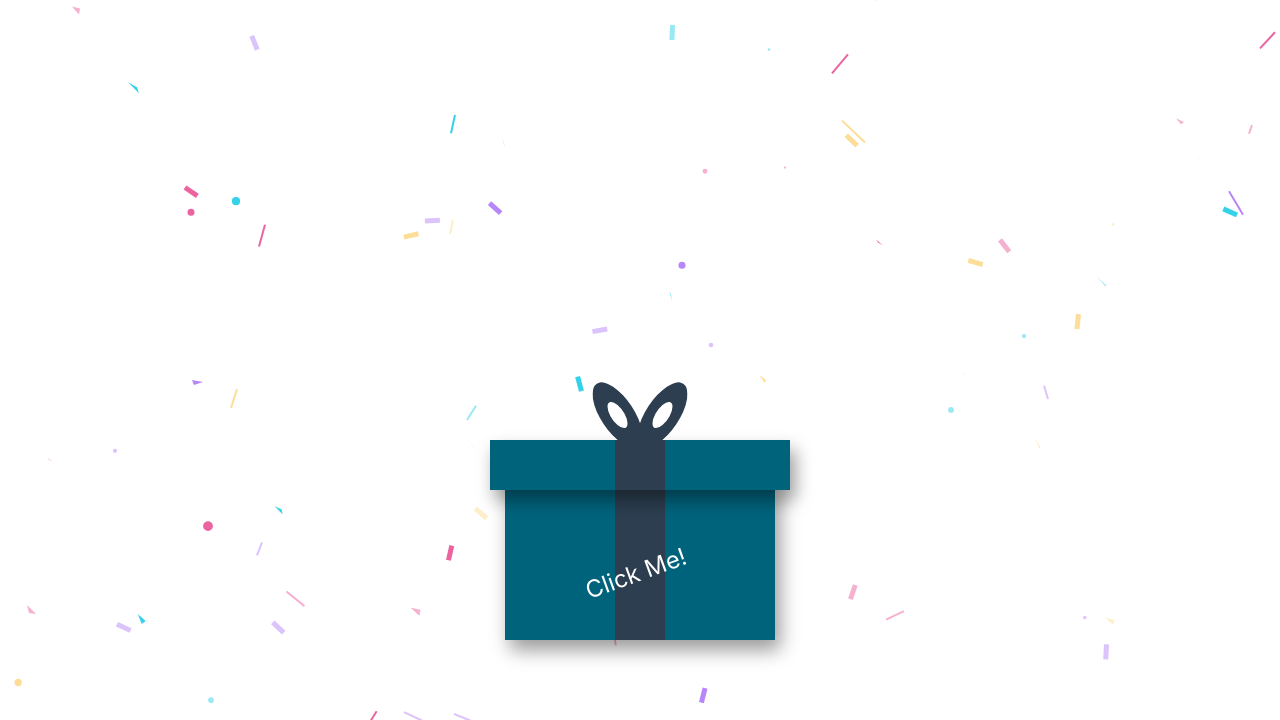
Repository: trongnghia161001/birth_day
Page: index.html
The author's editor kept a copy of each file at every save. The page is drawn from the files as they stood at one save, then again after the next save.
The browser window is 1280 px wide. The pictures show the whole page.
The pointer rests on the first visible `.giftbox > div`.

Above is the page before, as saved 2022-11-14 21:51:59.

### index.html
<!DOCTYPE html>
<html>

<head>
  <meta charset="utf-8" />
  <meta name="viewport" content="width=device-width" />
  <title>Happy Birthday!</title>

  <link rel="stylesheet" href="styles/flexbox-center-container.css" media="all">
  <link rel="stylesheet" href="styles/system-fonts.css" media="all">
  <link rel="stylesheet" href="styles/style.css" media="all">
</head>

<body>
  <canvas id=c></canvas>
  <canvas id="confetti"></canvas>
  <div class="container" id="count">
    <h1 id="head">Countdown to your birthday:</h1>
    <ul>
      <li><span id="day"></span>days</li>
      <li><span id="hour"></span>hours</li>
      <li><span id="minute"></span>minutes</li>
      <li><span id="second"></span>seconds</li>
    </ul>
  </div>
  <div id="merrywrap" class="merrywrap">
    <canvas id="snowfall"></canvas>
    <div class="giftbox">
      <div class="cover">
        <div></div>
      </div>
      <div class="box"></div>
    </div>
</body>
<script src="scripts/confetti.min.js" charset="utf-8"></script>
<script src="scripts/index.js" charset="utf-8"></script>

</html>

### styles/style.css
* {
  box-sizing: border-box;
  margin: 0;
  padding: 0;
}
canvas {
  position: absolute;
  top: 0;
  left: 0;
}
body {
  background: #ffffff;
  overflow: hidden;
}
.container {
  color: rgba(55, 59, 65, 0.8);
  font-family: Helvetica, sans-serif;
  font-weight: lighter;
  text-align: center;
}

h1 {
  font-weight: normal;
}
li {
  display: inline-block;
  font-size: 1.5em;
  list-style-type: none;
  padding: 1em;
  text-transform: uppercase;
}
li span {
  display: block;
  font-size: 4.5rem;
}
.merrywrap {
  position: absolute;
  right: 40px;
  left: 40px;
  bottom: 80px;
  top: 40px;
}
.giftbox {
  position: absolute;
  width: 300px;
  height: 200px;
  left: 50%;
  margin-left: -150px;
  bottom: 0;
  z-index: 10;
}
.giftbox > div {
  background: rgb(0, 99, 124);
  position: absolute;
  box-shadow: 5px 10px 18px rgba(0, 0, 0, 0.4);
}
.giftbox > div:after, .giftbox > div:before {
  position: absolute;
  content: "";
  top: 0;
}
.giftbox:after {
  position: absolute;
  color: #fff;
  width: 100%;
  content: "Click Me!";
  left: 0;
  bottom: 0;
  font-size: 24px;
  text-align: center;
  transform: rotate(-20deg);
  transform-origin: 0 0;
}
.giftbox .cover {
  width: 100%;
  top: 0;
  left: 0;
  height: 25%;
  z-index: 2;
}
.giftbox .cover:before {
  position: absolute;
  height: 100%;
  left: 50%;
  width: 50px;
  transform: translateX(-50%);
  background: #2C3E50;
}
.giftbox .cover > div {
  position: absolute;
  width: 50px;
  height: 50px;
  left: 50%;
  top: -50px;
  transform: translateX(-50%);
}
.giftbox .cover > div:before, .giftbox .cover > div:after {
  position: absolute;
  left: 0;
  top: 0;
  width: 100%;
  height: 100%;
  content: "";
  box-shadow: inset 0 0 0 15px #2C3E50;
  border-radius: 30px;
  transform-origin: 50% 100%;
}
.giftbox .cover > div:before {
  transform: translateX(-45%) skewY(40deg);
}
.giftbox .cover > div:after {
  transform: translateX(45%) skewY(-40deg);
}
.giftbox .box {
  right: 5%;
  left: 5%;
  height: 80%;
  bottom: 0;
}
.giftbox .box:before {
  width: 50px;
  height: 100%;
  left: 50%;
  transform: translateX(-50%);
  background: #2C3E50;
}
.giftbox .box:after {
  width: 100%;
  height: 30px;
  background: rgba(0, 0, 0, 0);
}
.step-1 .giftbox {
  animation: wobble 0.5s linear infinite forwards;
}
.step-1 .cover {
  animation: wobble 0.5s linear infinite 5s forwards;
}
.step-1 .icons .row span {
  opacity: 1;
}
.step-2 .giftbox:after {
  opacity: 0;
}
.step-3 .giftbox, .step-4 .giftbox {
  opacity: 0;
  z-index: 1;
}
.step-3 .giftbox:after, .step-4 .giftbox:after {
  opacity: 0;
}
.step-2 .giftbox .cover {
  animation: flyUp 2s ease-in forwards;
}
.step-2 .giftbox .box {
  animation: flyDown 2s ease-in 0.05s forwards;
}
@keyframes wobble {
  25% {
      transform: rotate(4deg);
 }
  75% {
      transform: rotate(-2deg);
 }
}
@keyframes flyUp {
  75% {
      opacity: 1;
 }
  100% {
      transform: translateY(-1000px) rotate(20deg);
      opacity: 0;
 }
}
@keyframes flyDown {
  75% {
      opacity: 1;
 }
  100% {
      transform: translateY(100%);
      opacity: 0;
 }
}

### scripts/index.js
const count = document.getElementById('count');
const head = document.getElementById('head');
const giftbox = document.getElementById('merrywrap');
const canvasC = document.getElementById('c');

const config = {
  birthdate: 'Jan 29, 2020',
  name: 'Darlene'
};

function hideEverything() {
  head.style.display = 'none';
  count.style.display = 'none';
  giftbox.style.display = 'none';
  canvasC.style.display = 'none';
}

hideEverything();

const confettiSettings = { target: 'confetti' };
const confetti = new window.ConfettiGenerator(confettiSettings);
confetti.render();

const second = 1000,
  minute = second * 60,
  hour = minute * 60,
  day = hour * 24;

let countDown = new Date(`${config.birthdate} 00:00:00`).getTime();
x = setInterval(function() {
  let now = new Date().getTime(),
    distance = countDown - now;

  document.getElementById('day').innerText = Math.floor(distance / day);
  document.getElementById('hour').innerText = Math.floor(
    (distance % day) / hour
  );
  document.getElementById('minute').innerText = Math.floor(
    (distance % hour) / minute
  );
  document.getElementById('second').innerText = Math.floor(
    (distance % minute) / second
  );

  let w = (c.width = window.innerWidth),
    h = (c.height = window.innerHeight),
    ctx = c.getContext('2d'),
    hw = w / 2, // half-width
    hh = h / 2,
    opts = {
      strings: ['HAPPY', 'BIRTHDAY!', config.name],
      charSize: 30,
      charSpacing: 35,
      lineHeight: 40,

      cx: w / 2,
      cy: h / 2,

      fireworkPrevPoints: 10,
      fireworkBaseLineWidth: 5,
      fireworkAddedLineWidth: 8,
      fireworkSpawnTime: 200,
      fireworkBaseReachTime: 30,
      fireworkAddedReachTime: 30,
      fireworkCircleBaseSize: 20,
      fireworkCircleAddedSize: 10,
      fireworkCircleBaseTime: 30,
      fireworkCircleAddedTime: 30,
      fireworkCircleFadeBaseTime: 10,
      fireworkCircleFadeAddedTime: 5,
      fireworkBaseShards: 5,
      fireworkAddedShards: 5,
      fireworkShardPrevPoints: 3,
      fireworkShardBaseVel: 4,
      fireworkShardAddedVel: 2,
      fireworkShardBaseSize: 3,
      fireworkShardAddedSize: 3,
      gravity: 0.1,
      upFlow: -0.1,
      letterContemplatingWaitTime: 360,
      balloonSpawnTime: 20,
      balloonBaseInflateTime: 10,
      balloonAddedInflateTime: 10,
      balloonBaseSize: 20,
      balloonAddedSize: 20,
      balloonBaseVel: 0.4,
      balloonAddedVel: 0.4,
      balloonBaseRadian: -(Math.PI / 2 - 0.5),
      balloonAddedRadian: -1
    },
    calc = {
      totalWidth:
        opts.charSpacing *
        Math.max(opts.strings[0].length, opts.strings[1].length)
    },
    Tau = Math.PI * 2,
    TauQuarter = Tau / 4,
    letters = [];

  ctx.font = opts.charSize + 'px Verdana';

  function Letter(char, x, y) {
    this.char = char;
    this.x = x;
    this.y = y;

    this.dx = -ctx.measureText(char).width / 2;
    this.dy = +opts.charSize / 2;

    this.fireworkDy = this.y - hh;

    let hue = (x / calc.totalWidth) * 360;

    this.color = 'hsl(hue,80%,50%)'.replace('hue', hue);
    this.lightAlphaColor = 'hsla(hue,80%,light%,alp)'.replace('hue', hue);
    this.lightColor = 'hsl(hue,80%,light%)'.replace('hue', hue);
    this.alphaColor = 'hsla(hue,80%,50%,alp)'.replace('hue', hue);

    this.reset();
  }
  Letter.prototype.reset = function() {
    this.phase = 'firework';
    this.tick = 0;
    this.spawned = false;
    this.spawningTime = (opts.fireworkSpawnTime * Math.random()) | 0;
    this.reachTime =
      (opts.fireworkBaseReachTime +
        opts.fireworkAddedReachTime * Math.random()) |
      0;
    this.lineWidth =
      opts.fireworkBaseLineWidth + opts.fireworkAddedLineWidth * Math.random();
    this.prevPoints = [[0, hh, 0]];
  };
  Letter.prototype.step = function() {
    if (this.phase === 'firework') {
      if (!this.spawned) {
        ++this.tick;
        if (this.tick >= this.spawningTime) {
          this.tick = 0;
          this.spawned = true;
        }
      } else {
        ++this.tick;

        let linearProportion = this.tick / this.reachTime,
          armonicProportion = Math.sin(linearProportion * TauQuarter),
          x = linearProportion * this.x,
          y = hh + armonicProportion * this.fireworkDy;

        if (this.prevPoints.length > opts.fireworkPrevPoints)
          this.prevPoints.shift();

        this.prevPoints.push([x, y, linearProportion * this.lineWidth]);

        let lineWidthProportion = 1 / (this.prevPoints.length - 1);

        for (let i = 1; i < this.prevPoints.length; ++i) {
          let point = this.prevPoints[i],
            point2 = this.prevPoints[i - 1];

          ctx.strokeStyle = this.alphaColor.replace(
            'alp',
            i / this.prevPoints.length
          );
          ctx.lineWidth = point[2] * lineWidthProportion * i;
          ctx.beginPath();
          ctx.moveTo(point[0], point[1]);
          ctx.lineTo(point2[0], point2[1]);
          ctx.stroke();
        }

        if (this.tick >= this.reachTime) {
          this.phase = 'contemplate';

          this.circleFinalSize =
            opts.fireworkCircleBaseSize +
            opts.fireworkCircleAddedSize * Math.random();
          this.circleCompleteTime =
            (opts.fireworkCircleBaseTime +
              opts.fireworkCircleAddedTime * Math.random()) |
            0;
          this.circleCreating = true;
          this.circleFading = false;

          this.circleFadeTime =
            (opts.fireworkCircleFadeBaseTime +
              opts.fireworkCircleFadeAddedTime * Math.random()) |
            0;
          this.tick = 0;
          this.tick2 = 0;

          this.shards = [];

          let shardCount =
              (opts.fireworkBaseShards +
                opts.fireworkAddedShards * Math.random()) |
              0,
            angle = Tau / shardCount,
            cos = Math.cos(angle),
            sin = Math.sin(angle),
            x = 1,
            y = 0;

          for (let i = 0; i < shardCount; ++i) {
            let x1 = x;
            x = x * cos - y * sin;
            y = y * cos + x1 * sin;

            this.shards.push(new Shard(this.x, this.y, x, y, this.alphaColor));
          }
        }
      }
    } else if (this.phase === 'contemplate') {
      ++this.tick;

      if (this.circleCreating) {
        ++this.tick2;
        let proportion = this.tick2 / this.circleCompleteTime,
          armonic = -Math.cos(proportion * Math.PI) / 2 + 0.5;

        ctx.beginPath();
        ctx.fillStyle = this.lightAlphaColor
          .replace('light', 50 + 50 * proportion)
          .replace('alp', proportion);
        ctx.beginPath();
        ctx.arc(this.x, this.y, armonic * this.circleFinalSize, 0, Tau);
        ctx.fill();

        if (this.tick2 > this.circleCompleteTime) {
          this.tick2 = 0;
          this.circleCreating = false;
          this.circleFading = true;
        }
      } else if (this.circleFading) {
        ctx.fillStyle = this.lightColor.replace('light', 70);
        ctx.fillText(this.char, this.x + this.dx, this.y + this.dy);

        ++this.tick2;
        let proportion = this.tick2 / this.circleFadeTime,
          armonic = -Math.cos(proportion * Math.PI) / 2 + 0.5;

        ctx.beginPath();
        ctx.fillStyle = this.lightAlphaColor
          .replace('light', 100)
          .replace('alp', 1 - armonic);
        ctx.arc(this.x, this.y, this.circleFinalSize, 0, Tau);
        ctx.fill();

        if (this.tick2 >= this.circleFadeTime) this.circleFading = false;
      } else {
        ctx.fillStyle = this.lightColor.replace('light', 70);
        ctx.fillText(this.char, this.x + this.dx, this.y + this.dy);
      }

      for (let i = 0; i < this.shards.length; ++i) {
        this.shards[i].step();

        if (!this.shards[i].alive) {
          this.shards.splice(i, 1);
          --i;
        }
      }

      if (this.tick > opts.letterContemplatingWaitTime) {
        this.phase = 'balloon';

        this.tick = 0;
        this.spawning = true;
        this.spawnTime = (opts.balloonSpawnTime * Math.random()) | 0;
        this.inflating = false;
        this.inflateTime =
          (opts.balloonBaseInflateTime +
            opts.balloonAddedInflateTime * Math.random()) |
          0;
        this.size =
          (opts.balloonBaseSize + opts.balloonAddedSize * Math.random()) | 0;

        let rad =
            opts.balloonBaseRadian + opts.balloonAddedRadian * Math.random(),
          vel = opts.balloonBaseVel + opts.balloonAddedVel * Math.random();

        this.vx = Math.cos(rad) * vel;
        this.vy = Math.sin(rad) * vel;
      }
    } else if (this.phase === 'balloon') {
      ctx.strokeStyle = this.lightColor.replace('light', 80);

      if (this.spawning) {
        ++this.tick;
        ctx.fillStyle = this.lightColor.replace('light', 70);
        ctx.fillText(this.char, this.x + this.dx, this.y + this.dy);

        if (this.tick >= this.spawnTime) {
          this.tick = 0;
          this.spawning = false;
          this.inflating = true;
        }
      } else if (this.inflating) {
        ++this.tick;

        let proportion = this.tick / this.inflateTime,
          x = (this.cx = this.x),
          y = (this.cy = this.y - this.size * proportion);

        ctx.fillStyle = this.alphaColor.replace('alp', proportion);
        ctx.beginPath();
        generateBalloonPath(x, y, this.size * proportion);
        ctx.fill();

        ctx.beginPath();
        ctx.moveTo(x, y);
        ctx.lineTo(x, this.y);
        ctx.stroke();

        ctx.fillStyle = this.lightColor.replace('light', 70);
        ctx.fillText(this.char, this.x + this.dx, this.y + this.dy);

        if (this.tick >= this.inflateTime) {
          this.tick = 0;
          this.inflating = false;
        }
      } else {
        this.cx += this.vx;
        this.cy += this.vy += opts.upFlow;

        ctx.fillStyle = this.color;
        ctx.beginPath();
        generateBalloonPath(this.cx, this.cy, this.size);
        ctx.fill();

        ctx.beginPath();
        ctx.moveTo(this.cx, this.cy);
        ctx.lineTo(this.cx, this.cy + this.size);
        ctx.stroke();

        ctx.fillStyle = this.lightColor.replace('light', 70);
        ctx.fillText(
          this.char,
          this.cx + this.dx,
          this.cy + this.dy + this.size
        );

        if (this.cy + this.size < -hh || this.cx < -hw || this.cy > hw)
          this.phase = 'done';
      }
    }
  };

  function Shard(x, y, vx, vy, color) {
    let vel =
      opts.fireworkShardBaseVel + opts.fireworkShardAddedVel * Math.random();

    this.vx = vx * vel;
    this.vy = vy * vel;

    this.x = x;
    this.y = y;

    this.prevPoints = [[x, y]];
    this.color = color;

    this.alive = true;

    this.size =
      opts.fireworkShardBaseSize + opts.fireworkShardAddedSize * Math.random();
  }
  Shard.prototype.step = function() {
    this.x += this.vx;
    this.y += this.vy += opts.gravity;

    if (this.prevPoints.length > opts.fireworkShardPrevPoints)
      this.prevPoints.shift();

    this.prevPoints.push([this.x, this.y]);

    let lineWidthProportion = this.size / this.prevPoints.length;

    for (let k = 0; k < this.prevPoints.length - 1; ++k) {
      let point = this.prevPoints[k],
        point2 = this.prevPoints[k + 1];

      ctx.strokeStyle = this.color.replace('alp', k / this.prevPoints.length);
      ctx.lineWidth = k * lineWidthProportion;
      ctx.beginPath();
      ctx.moveTo(point[0], point[1]);
      ctx.lineTo(point2[0], point2[1]);
      ctx.stroke();
    }

    if (this.prevPoints[0][1] > hh) this.alive = false;
  };

  function generateBalloonPath(x, y, size) {
    ctx.moveTo(x, y);
    ctx.bezierCurveTo(
      x - size / 2,
      y - size / 2,
      x - size / 4,
      y - size,
      x,
      y - size
    );
    ctx.bezierCurveTo(x + size / 4, y - size, x + size / 2, y - size / 2, x, y);
  }

  function anim() {
    window.requestAnimationFrame(anim);

    ctx.fillStyle = '#fff';
    ctx.fillRect(0, 0, w, h);

    ctx.translate(hw, hh);

    let done = true;
    for (let l = 0; l < letters.length; ++l) {
      letters[l].step();
      if (letters[l].phase !== 'done') done = false;
    }

    ctx.translate(-hw, -hh);

    if (done) for (let l = 0; l < letters.length; ++l) letters[l].reset();
  }

  for (let i = 0; i < opts.strings.length; ++i) {
    for (let j = 0; j < opts.strings[i].length; ++j) {
      letters.push(
        new Letter(
          opts.strings[i][j],
          j * opts.charSpacing +
            opts.charSpacing / 2 -
            (opts.strings[i].length * opts.charSize) / 2,
          i * opts.lineHeight +
            opts.lineHeight / 2 -
            (opts.strings.length * opts.lineHeight) / 2
        )
      );
    }
  }

  window.addEventListener('resize', function() {
    w = c.width = window.innerWidth;
    h = c.height = window.innerHeight;

    hw = w / 2;
    hh = h / 2;

    ctx.font = opts.charSize + 'px Verdana';
  });

  if (distance > 0) {
    head.style.display = 'initial';
    count.style.display = 'initial';
  } else {
    head.style.display = 'none';
    count.style.display = 'none';
    giftbox.style.display = 'initial';
    clearInterval(x);
    let merrywrap = document.getElementById('merrywrap');
    let box = merrywrap.getElementsByClassName('giftbox')[0];
    let step = 1;
    let stepMinutes = [2000, 2000, 1000, 1000];

    function init() {
      box.addEventListener('click', openBox, false);
      box.addEventListener('click', showfireworks, false);
    }

    function stepClass(step) {
      merrywrap.className = 'merrywrap';
      merrywrap.className = 'merrywrap step-' + step;
    }

    function openBox() {
      if (step === 1) {
        box.removeEventListener('click', openBox, false);
      }
      stepClass(step);
      if (step === 3) {
      }
      if (step === 4) {
        return;
      }
      setTimeout(openBox, stepMinutes[step - 1]);
      step++;
      //   setTimeout(anim, 1900);
    }

    function showfireworks() {
      canvasC.style.display = 'initial';
      setTimeout(anim, 1500);
    }

    init();
  }

  // if (distance < 0) {
  //     clearInterval(x);
  //     console.log("happy birthday");
  // }
}, second);

Loaded but not shown: styles/flexbox-center-container.css (common file); styles/system-fonts.css (common file); scripts/confetti.min.js (library)

After the next save:
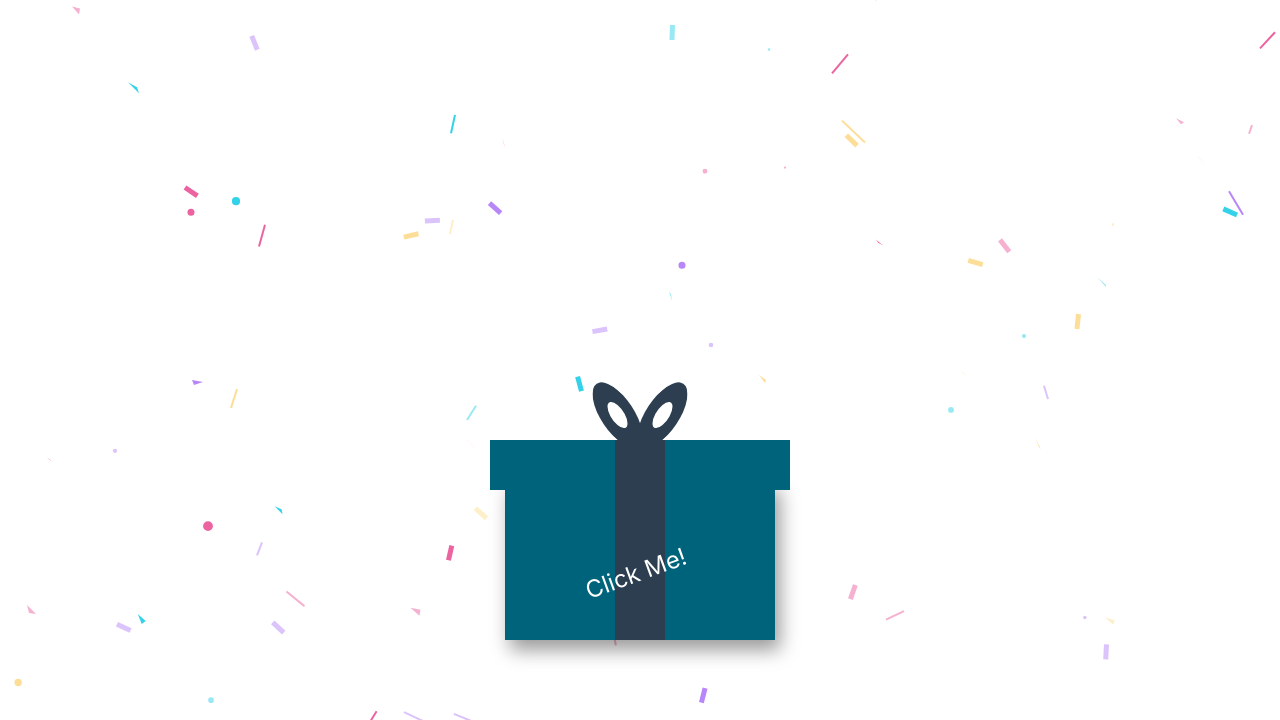
Saved 6 min 16 s later.
--- a/styles/style.css
+++ b/styles/style.css
@@ -49,11 +49,19 @@ li span {
   bottom: 0;
   z-index: 10;
 }
+
+
 .giftbox > div {
   background: rgb(0, 99, 124);
   position: absolute;
   box-shadow: 5px 10px 18px rgba(0, 0, 0, 0.4);
 }
+
+.giftbox > div:hover {
+  box-shadow: none;
+  transition: 1s all;
+}
+
 .giftbox > div:after, .giftbox > div:before {
   position: absolute;
   content: "";
